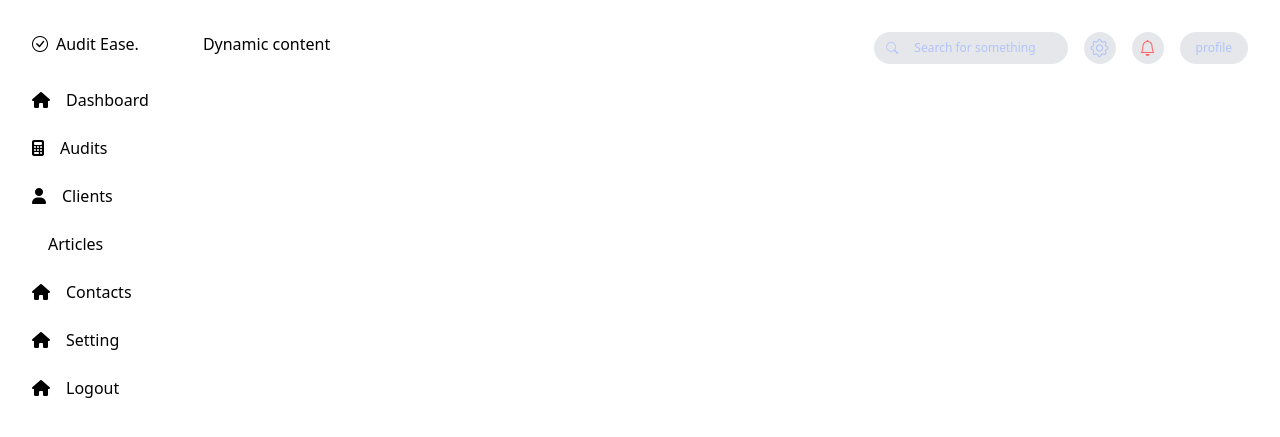
Repository: EclipticCode/Audit-Ease-FE
Page: /
These files come from the project's save history. The page is drawn as it stood at one moment and after the next save; the edit follows.
The browser window is 1280 px wide. The pictures show the whole page.
Some icons come from a web library that is not loaded, so they are not drawn. Some web libraries are served in a nearby version. The project was rebuilt for these pictures with package versions that can differ from the ones it lists, and the page was loaded fresh each time. Also part of the build but not shown: vite.config.js, Login.jsx, src/Navbar.jsx.

Above is the page before, as saved 2025-03-27 21:33:48.

After the next save:
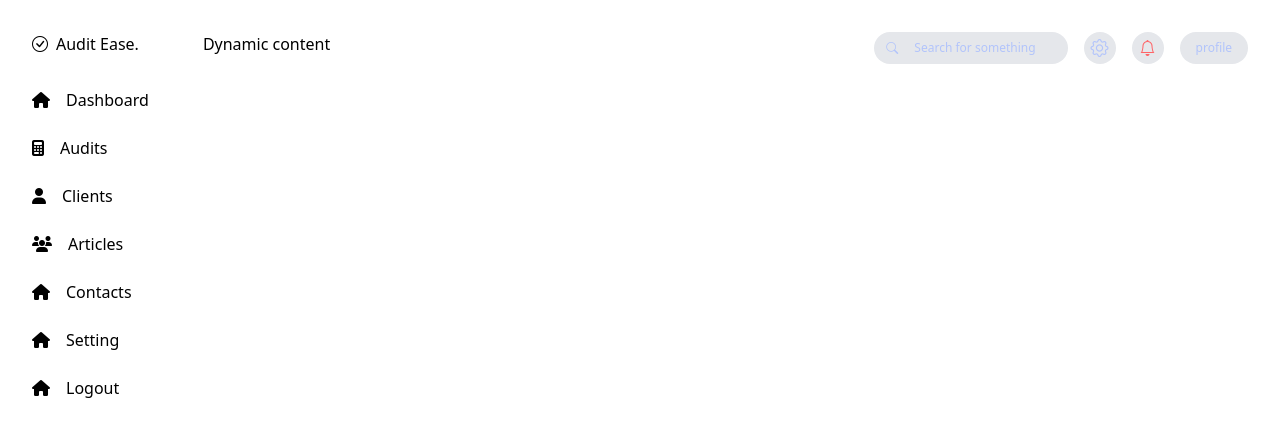
Saved 4 s later.
--- a/src/NavandSideBar.jsx
+++ b/src/NavandSideBar.jsx
@@ -22,7 +22,7 @@ const NavandSideBar = () => {
             <div className='mb-6'><span><i className="fa-solid fa-house mr-4"></i></span>Dashboard</div>
             <div className='mb-6'><span><i className="fa-solid fa-calculator mr-4"></i></span>Audits</div>
             <div className='mb-6'><span><i className="fa-solid fa-user mr-4"></i></span>Clients</div>
-            <div className='mb-6'><span><i className="fa-solid fa-suers mr-4"></i></span>Articles</div>
+            <div className='mb-6'><span><i className="fa-solid fa-users mr-4"></i></span>Articles</div>
             <div className='mb-6'><span><i className="fa-solid fa-house mr-4"></i></span>Contacts</div>
             <div className='mb-6'><span><i className="fa-solid fa-house mr-4"></i></span>Setting</div>
             <div className='mb-6'><span><i className="fa-solid fa-house mr-4"></i></span>Logout</div>
